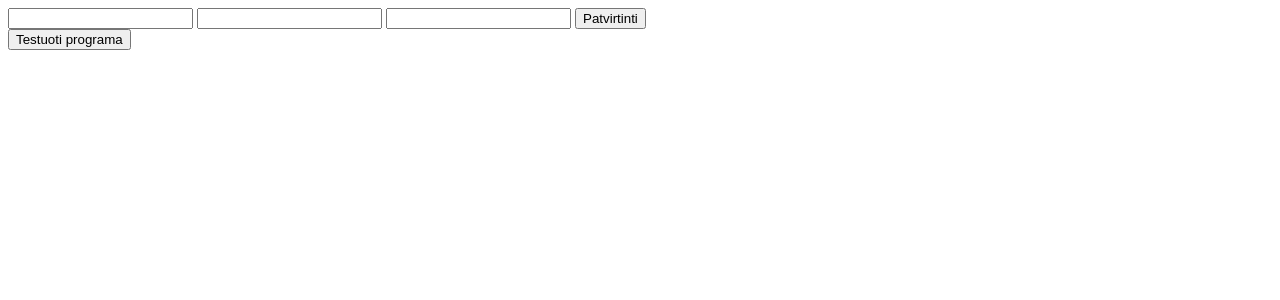
Repository: motiejus1/22-paskaita-05.31
Page: index.html
An editor plug-in stored every save of this project. The page is shown before and after the next save, followed by the edit.
The browser window is 1280 px wide. The pictures show the whole page.

Above is the page before, as saved 2021-07-06 20:09:56.

After the next save:
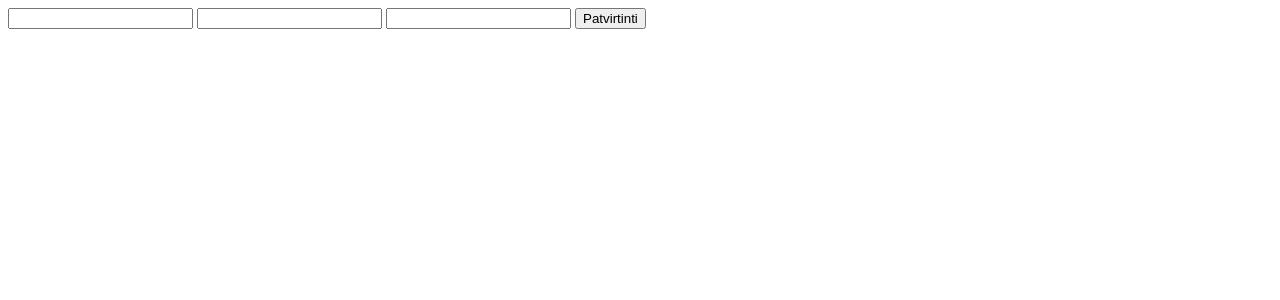
Saved 5 s later.
--- a/index.html
+++ b/index.html
@@ -7,7 +7,9 @@
     <title>22 paskaita</title>
 
     <style>
-        .testavimas
+        .testavimas {
+            display: none;
+        }
     </style>
 
 </head>
